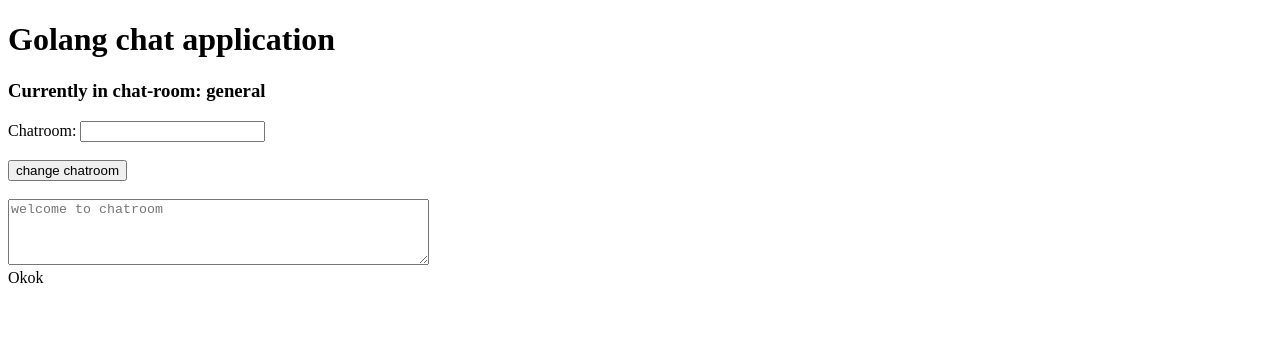
Repository: Lakshyyaa/SimpleWSserver
Page: frontend/index.html
These files come from the project's save history. The page is drawn as it stood at one moment and after the next save; the edit follows.
The browser window is 1280 px wide. The pictures show the whole page.

Above is the page before, as saved 2024-10-30 13:59:02.

### frontend/index.html
<!DOCTYPE html>
<html lang="en">
  <head>
    <meta charset="UTF-8" />
    <meta name="viewport" content="width=device-width, initial-scale=1.0" />
    <title>websockets</title>
  </head>
  <body>
    <div class="center">
      <h1>Golang chat application</h1>
      <h3>Currently in chat-room: general</h3>
      <form action="" id="select-room">
        <label for="chatroom">Chatroom: </label>
        <input type="text" id="chatroom" name="chatroom" />
        <br />
        <br />
        <input type="submit" value="change chatroom" />
      </form>
      <br />
      <textarea
        class="messagearea"
        id="chatmessages"
        readonly
        name="chatmessages"
        rows="4"
        cols="50"
        placeholder="welcome to chatroom"
      ></textarea>
      <br>
      <form id="chatroom-message">
        <label for="message"></label>
      </form>
    </div>
    Okok
  </body>
</html>

After the next save:
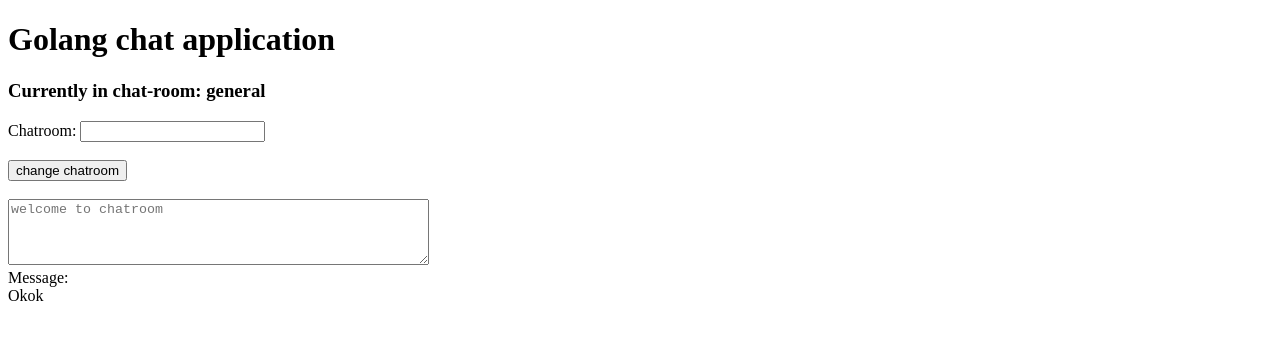
Saved 5 s later.
--- a/frontend/index.html
+++ b/frontend/index.html
@@ -28,7 +28,7 @@
       ></textarea>
       <br>
       <form id="chatroom-message">
-        <label for="message"></label>
+        <label for="message">Message: </label>
       </form>
     </div>
     Okok
